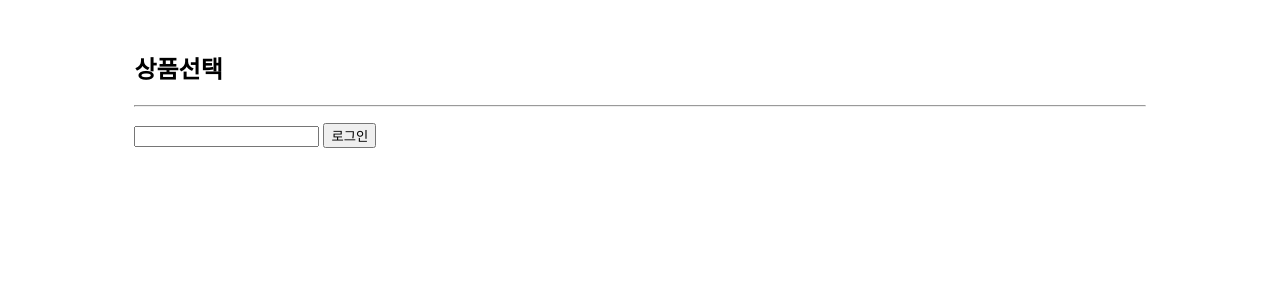
Repository: Yunkieun/jspworks
Page: http://localhost/jspwork2/cart/selProduct.jsp
The author's editor kept a copy of each file at every save. The page is drawn from the files as they stood at one save, then again after the next save.
The browser window is 1280 px wide. The pictures show the whole page.
The page is served by Tomcat 9. Nobody is signed in. The application's start-up code is not run. Other server files are loaded and not shown.

Above is the page before, as saved 2023-07-19 05:44:09.

### jspwork2/src/main/webapp/cart/selProduct.jsp
<%@ page language="java" contentType="text/html; charset=EUC-KR"
    pageEncoding="UTF-8"%>
<!DOCTYPE html>
<html>
<head>
<meta charset="UTF-8">
<title>상품 선택</title>
<link rel="stylesheet" href="../resources/css/style.css">
</head>
<body>
	<div id="container">
		<h2>상품선택</h2>
		<hr>

		<form action="selProduct.jsp" method="post">
			<p>
				<input type="text" name="username">
				<button type="submit">로그인</button>
			</p>
		</form>
	</div>
</body>
</html>

### jspwork2/src/main/webapp/resources/css/style.css
@charset "UTF-8";
#container{width: 80%; margin: 50px auto;}

After the next save:
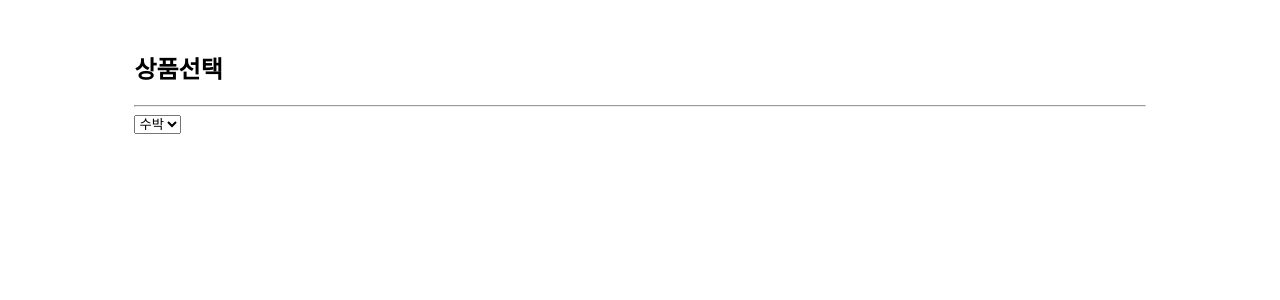
Saved 70 s later.
--- a/jspwork2/src/main/webapp/cart/selProduct.jsp
+++ b/jspwork2/src/main/webapp/cart/selProduct.jsp
@@ -12,11 +12,10 @@
 		<h2>상품선택</h2>
 		<hr>
 
-		<form action="selProduct.jsp" method="post">
-			<p>
-				<input type="text" name="username">
-				<button type="submit">로그인</button>
-			</p>
+		<form action="addProduct.jsp" method="post">
+			<select name="product">
+				<option value="수박">수박</option>
+			</select>
 		</form>
 	</div>
 </body>
